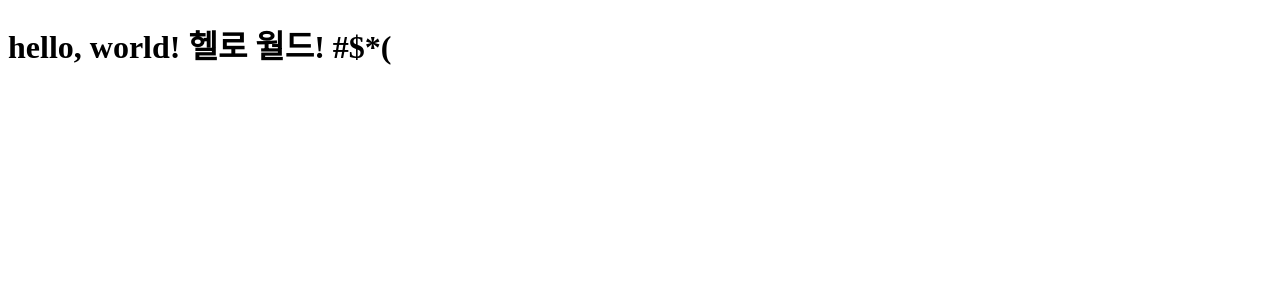
Repository: Kwonharu/workspace-web
Page: helloweb/WebContent/hello.html
The author's editor kept a copy of each file at every save. The page is drawn from the files as they stood at one save, then again after the next save.
The browser window is 1280 px wide. The pictures show the whole page.

Above is the page before, as saved 2023-09-04 03:02:29.

After the next save:
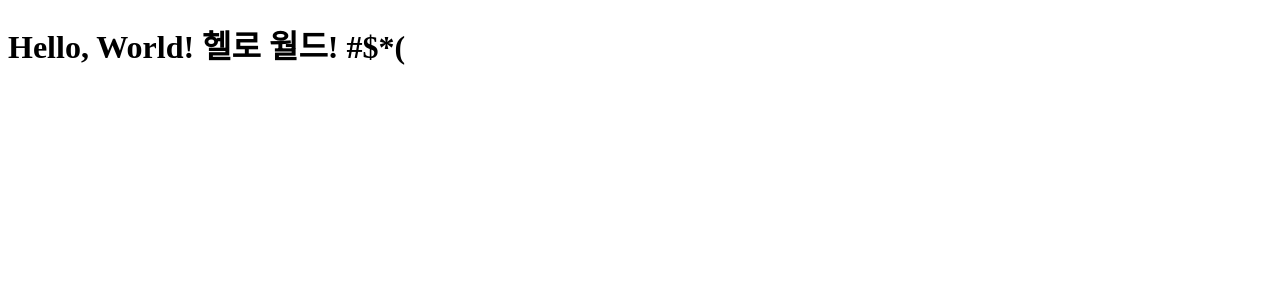
Saved 10 min 50 s later.
--- a/helloweb/WebContent/hello.html
+++ b/helloweb/WebContent/hello.html
@@ -5,6 +5,6 @@
 <title>Insert title here</title>
 </head>
 <body>
-	<h1>hello, world! 헬로 월드! #$*(</h1>
+	<h1>Hello, World! 헬로 월드! #$*(</h1>
 </body>
 </html>
